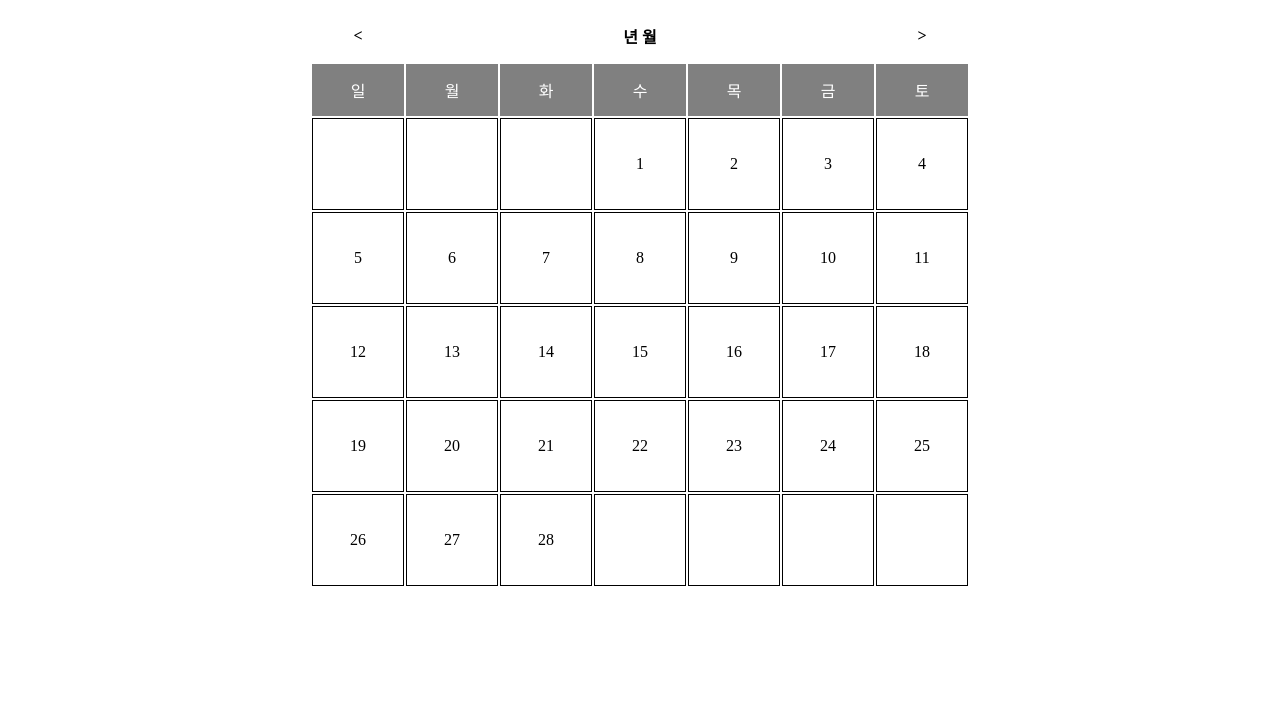
Repository: GreenPineTree/ProjectMoon
Page: http://localhost/ProjectMoon/WEB-INF/views/accountbook/assetmanageView_2.jsp
These files come from the project's save history. The page is drawn as it stood at one moment and after the next save; the edit follows.
The browser window is 1280 px wide. The pictures show the whole page.
The page is served by Tomcat 9. Nobody is signed in. Other server files are loaded and not shown. The template is opened directly, without the code that normally fills it, so the values that code supplies are empty.

Above is the page before, as saved 2023-04-02 10:55:36.

### ProjectMoon/src/main/webapp/WEB-INF/views/accountbook/assetmanageView_2.jsp
<%@ page language="java" contentType="text/html; charset=UTF-8"
	pageEncoding="UTF-8"%>
<%@ taglib prefix="c" uri="http://java.sun.com/jsp/jstl/core"%>
<!DOCTYPE html>
<html>
<head>
<meta http-equiv="Content-Type" content="text/html; charset=UTF-8" />
<script src="http://code.jquery.com/jquery-3.5.1.min.js"></script>

<script type="text/javascript">

$(document).ready(function(){
	buildCalendar();

})


function buildCalendar(){

	var date = new Date();

	var calendarYear = date.getFullYear();		// 현재 연도 구하기
	var calendarMonth = date.getMonth();	// 현재 월 구하기(월은 0부터 시작이므로 실제월보다 -1 차이가 남)
	var calendarToday = date.getDate();			// 현재 날짜 구하기

	var firstDate = new Date(calendarYear, calendarMonth, 1);		// 요일, 월, 일, 연, 시간 표기
	var monthLastDate = new Date(calendarYear, calendarMonth + 1, 0);	// 요일, 월, 일, 연, 시간 표기
	var lastDate = monthLastDate.getDate();		// 마지막 날짜

	var firstDay = firstDate.getDay();	// 1일의 요일
	var lastDay = monthLastDate.getDay();	// 마지막날의 요일

	var calendarWeekCount = Math.ceil((firstDay + lastDate)/7);		// 해당월의 주 수((시작요일 위치 + 월의 마지막 날짜) / 7)

	var list = '';

	if($('#CalendarBody').length > 0){

	}
	var calendarPos = 0;	// 달력 위치
	var calendarDay = 0;	// 날짜
	for(var i = 0; i < calendarWeekCount; i++){
		list += '<tr>';
		for(var j = 0; j < 7; j++){
			list += '<td style=\"border: solid 1px black; padding: 20px 20px;\">';
			if(firstDay <= calendarPos && calendarDay < lastDate){
				calendarDay++;
				list += '<span style="text-align: left;">' + calendarDay + '</span><br>';

			}


			list += '</td>';
			calendarPos++;
		}
		list += '</tr>';
	}
	$('#CalendarBody').append(list);

}



</script>


<title>자산 현황</title>

<style>
        td {
            width: 50px;
            height: 50px;
        }

        .Calendar {
            text-align: center;
            margin: 0 auto;
        }

        .Calendar>thead>tr:first-child>td { font-weight: bold; }

        .Calendar>thead>tr:last-child>td {
            background-color: gray;
            color: white;
        }

        .pastDay{ background-color: lightgray; }

        .today{
            background-color: #FFCA64;
            cursor: pointer;
        }

        .futureDay{
            background-color: #FFFFFF;
            cursor: pointer;
        }

        .futureDay.choiceDay, .today.choiceDay{
            background-color: #3E85EF;
            color: #fff;
            cursor: pointer;
        }
</style>
</head>
<body>
	<div>
	<!-- 은행별 잔액표시 -->
	<c:forEach var="list" items="${rtnList }">
		<table  style="border: 1px solid gold; float: left; width: 25%;">
			<thead>
				<tr>
					<td>${list.bank }</td>
				</tr>
			</thead>
			<tbody>
				<tr>
					<td>${list.amount }</td>
				</tr>
			</tbody>
		</table>
	</c:forEach>
	</div>
	<div>
	<!-- 달력을 출력하여 해당 날짜에 자금 흐름 출력(은행별선택가능 / 입,출,이체간 글씨색 다르게 / ) -->
		<table class="Calendar">
			<thead>
				<tr>
					<td onClick="prevCalendar();" style="cursor:pointer;">&#60;</td>
					<td colspan="5">
						<span id="calYear"></span>년
						<span id="calMonth"></span>월
					</td>
					<td onClick="nextCalendar();" style="cursor:pointer;">&#62;</td>
				</tr>
				<tr>
					<td>일</td>
					<td>월</td>
					<td>화</td>
					<td>수</td>
					<td>목</td>
					<td>금</td>
					<td>토</td>
				</tr>
			</thead>
			<tbody id="CalendarBody">
			</tbody>
		</table>
	</div>

</body>
</html>

After the next save:
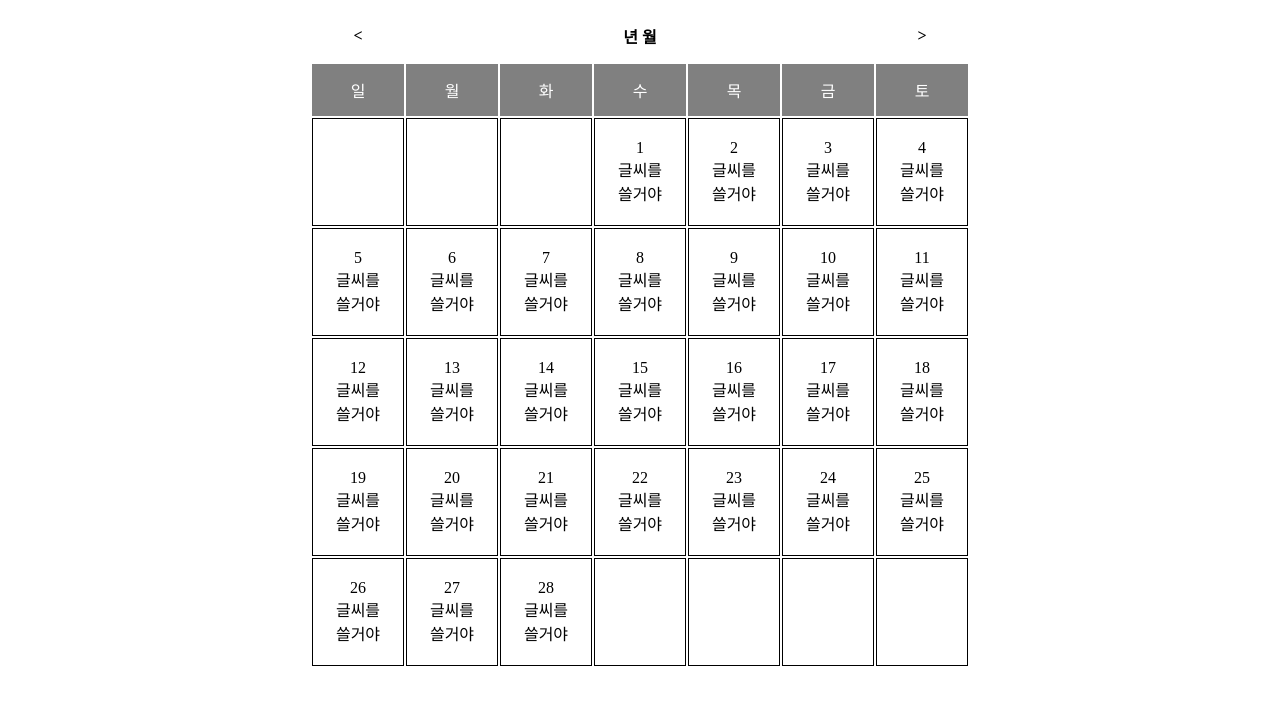
Saved 91 s later.
--- a/ProjectMoon/src/main/webapp/WEB-INF/views/accountbook/assetmanageView_2.jsp
+++ b/ProjectMoon/src/main/webapp/WEB-INF/views/accountbook/assetmanageView_2.jsp
@@ -46,7 +46,7 @@ function buildCalendar(){
 			if(firstDay <= calendarPos && calendarDay < lastDate){
 				calendarDay++;
 				list += '<span style="text-align: left;">' + calendarDay + '</span><br>';
-
+				list += '<span>글씨를 쓸거야</span>';
 			}
 
 
